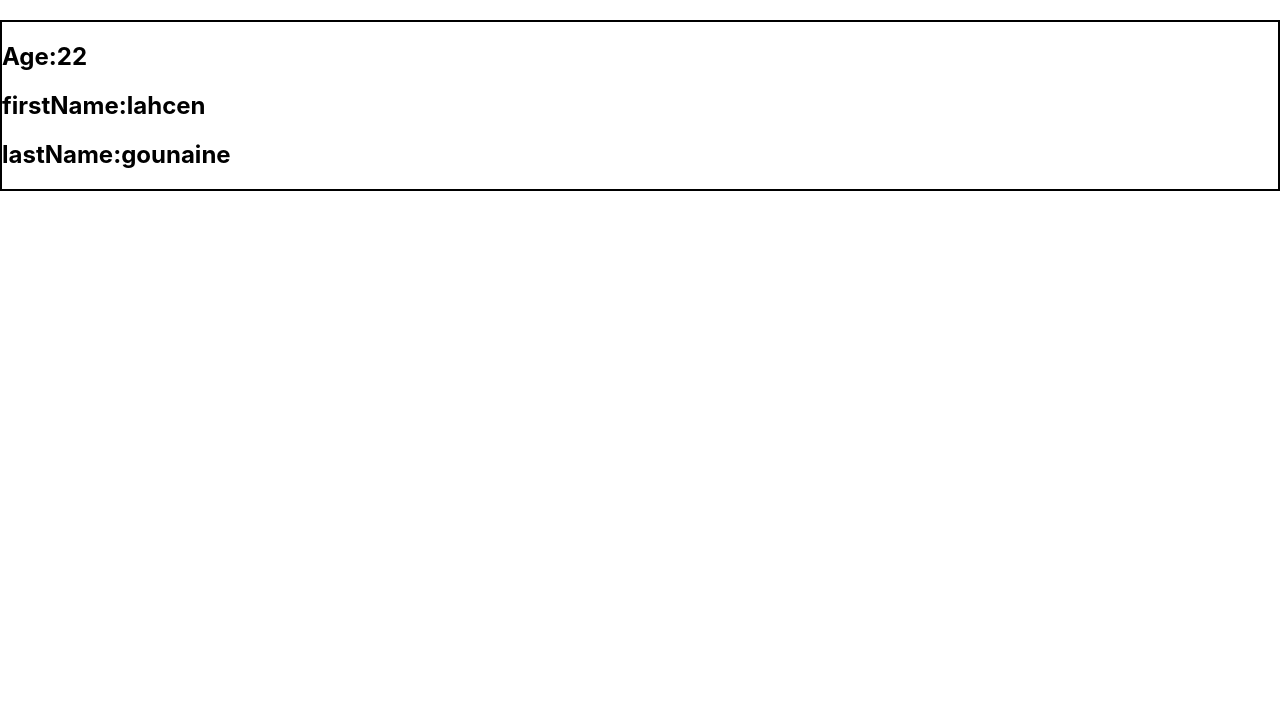
Repository: gounaine/Add_candidat
Page: /
These files come from the project's save history. The page is drawn as it stood at one moment and after the next save; the edit follows.
The browser window is 1280 px wide. The pictures show the whole page.
The project was rebuilt for these pictures with package versions that can differ from the ones it lists, and the page was loaded fresh each time.

Above is the page before, as saved 2024-05-26 19:36:48.

After the next save:
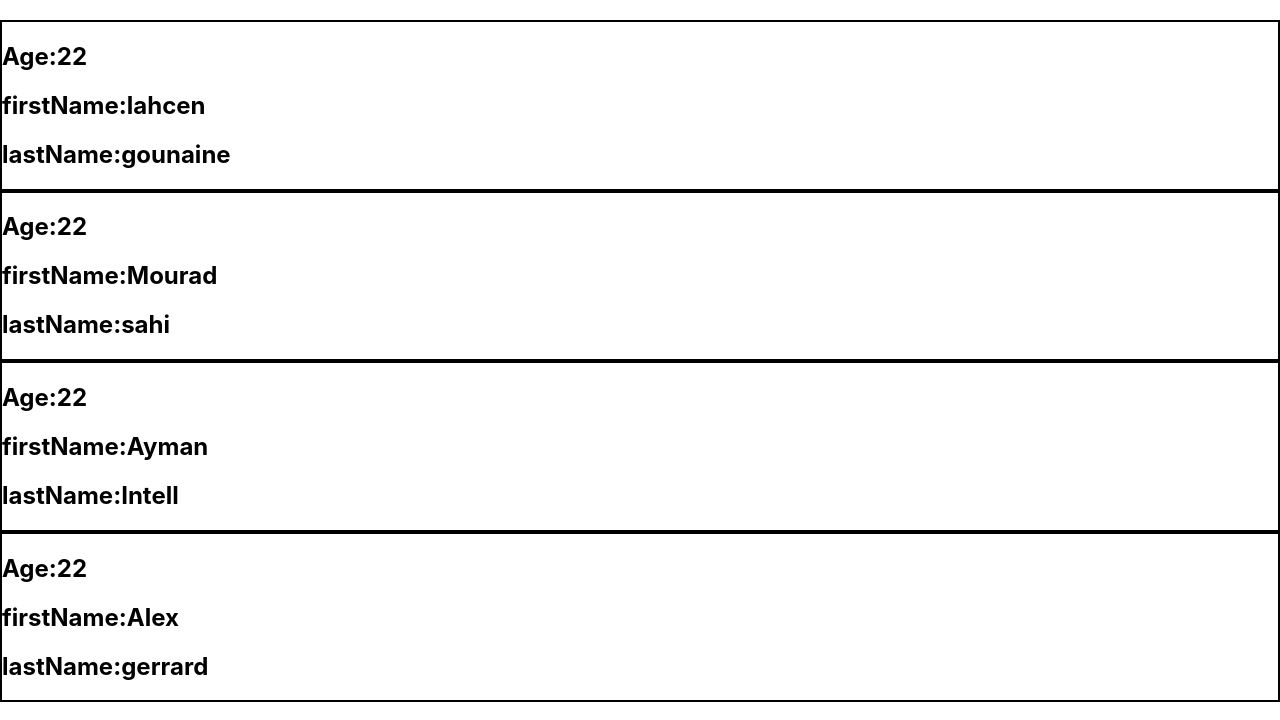
Saved 113 s later.
--- a/src/index.js
+++ b/src/index.js
@@ -10,7 +10,10 @@ const root = ReactDOM.createRoot(document.getElementById('root'));
 root.render(
   <React.StrictMode>
     <App/>
-    <Person firstName={"lahcen"} lastName={"gounaine"} Age={22}></Person>
+    <Person firstName={"lahcen"} lastName={"gounaine"} Age={22}>En cours</Person>
+    <Person firstName={"Mourad"} lastName={"sahi"} Age={22}>succes</Person>
+    <Person firstName={"Ayman"} lastName={"Intell"} Age={22}>failed</Person>
+    <Person firstName={"Alex"} lastName={"gerrard"} Age={22}>En cours</Person>
   </React.StrictMode>
 );
 
